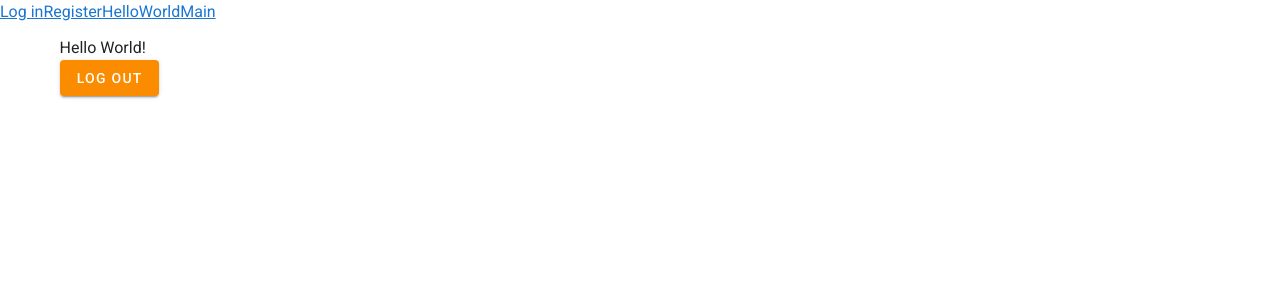
Repository: pao741/vue-todo
Page: /
These files come from the project's save history. The page is drawn as it stood at one moment and after the next save; the edit follows.
The browser window is 1280 px wide. The pictures show the whole page.
The page's requests for data from a server got no answer. The project was rebuilt for these pictures with package versions that can differ from the ones it lists, and the page was loaded fresh each time. No one was signed in, and anything a server would have sent is missing. Also part of the build but not shown: vue.config.js, src/components/Login.vue, src/components/Register.vue, src/components/HelloWorld.vue.

Above is the page before, as saved 2021-02-08 17:30:33.

After the next save:
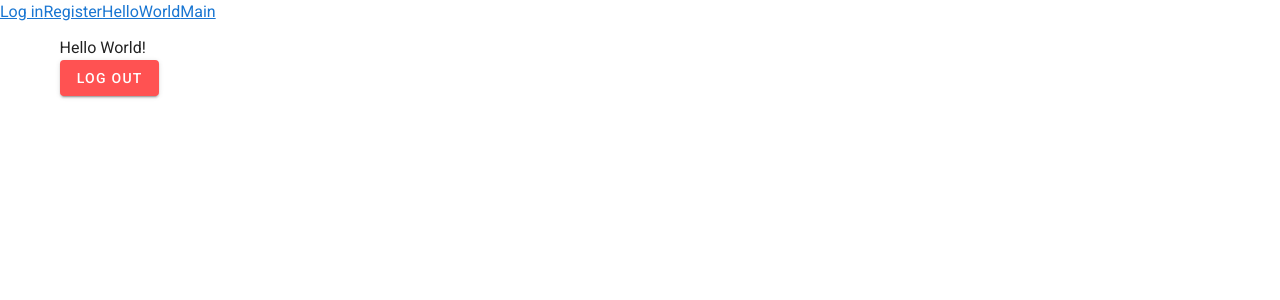
Saved 4 s later.
--- a/src/components/Main.vue
+++ b/src/components/Main.vue
@@ -2,7 +2,7 @@
   <v-content>
     <v-container>
       <div>Hello World!</div>
-      <v-btn color="warning" @click="$router.push('login')"> Log out</v-btn>
+      <v-btn color="error" @click="$router.push('login')"> Log out</v-btn>
     </v-container>
   </v-content>
 </template>
